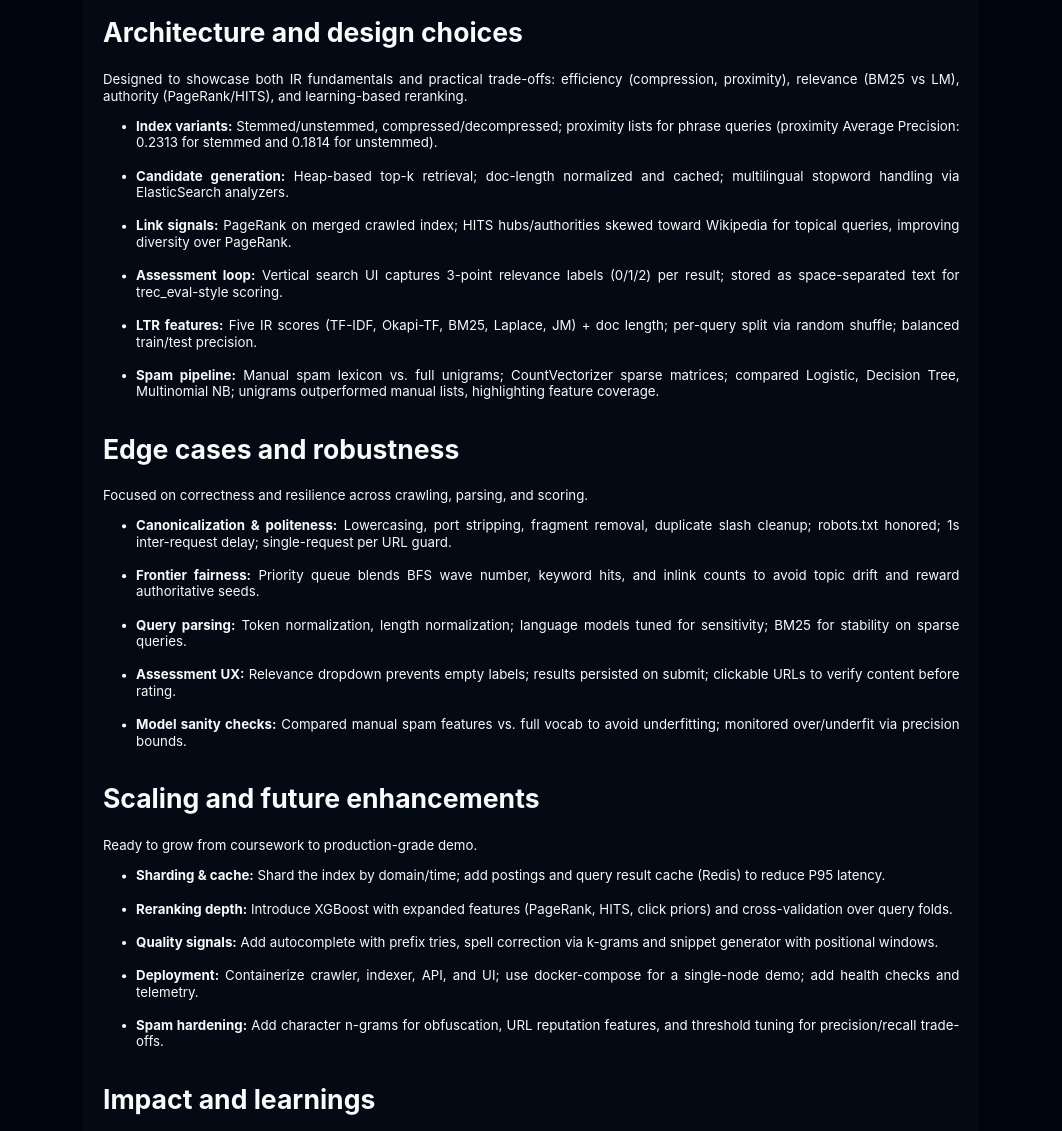
Repository: Abdulaziz-04/Abdulaziz-04.github.io
Page: deepdives/backend_systems/search_engine/search_engine.html
These files come from the project's save history. The page is drawn as it stood at one moment and after the next save; the edit follows.
The browser window is 1280 px wide. The pictures show the part of the page from y = 5137 to 6500 px (the page is 6803 px tall before and 6302 px after), at 83% of full size.
A picture or video elsewhere on the page could not be fetched, so the positions and the page height are approximate.

Above is the page before, as saved 2025-11-21 21:05:47.

### deepdives/backend_systems/search_engine/search_engine.html
<!DOCTYPE html>
<html lang="en">
  <head>
    <meta charset="UTF-8" />
    <meta name="viewport" content="width=device-width, initial-scale=1" />
    <title>Full-Stack Search Engine: Crawl, Index, Rank, and Rerank</title>
    <link rel="stylesheet" href="../../../assets/css/styles.css" />
  </head>

  <body class="project-detail-page">
    <header class="detail-hero">
      <a class="category-back" href="../../../projects/backend_systems.html">
        &larr; Back to Projects
      </a>

      <p
        class="category-pill"
        onclick="window.location.href='../../../projects/backend_systems.html'"
      >
        Backend &amp; Distributed Logic
      </p>
      <br />

      <h1>Full-Stack Search Engine: Crawl, Index, Rank, and Rerank</h1>

      <p class="detail-summary">
        <b>
          Built an end-to-end search engine over a nuclear-safety corpus: custom
          crawler, compressed inverted indexes, classic IR ranking
          (TF-IDF/BM25/LM), graph algorithms (PageRank/HITS), vertical search UI
          with manual assessments, learning-to-rank, and ML-powered spam
          filtering.
        </b>
      </p>

      <p class="detail-summary">
        Part of CS 6200 Information Retrieval course at Northeastern: starting
        with baseline ranking, adding compression and proximity search, building
        a focused crawler, applying link analysis, running a vertical search
        assessment interface, experimenting with learning-to-rank, and closing
        with ML-based spam classification.
      </p>

      <ul class="detail-meta">
        <li>
          <strong>Tech Stack:</strong>
          Python, ElasticSearch, NumPy, scikit-learn, pandas, BeautifulSoup,
          multi-threading, custom inverted index storage
        </li>
      </ul>
    </header>

    <main class="section detail-content">
      <!-- HERO IMAGE -->
      <section class="detail-section detail-hero-gif">
        <figure class="gallery-item gallery-item--wide" style="max-width: none">
          <img
            src="./images/high_level.svg"
            alt="System architecture: crawler → indexer → ranker → reranker → UI"
            style="
              display: block;
              margin: 0 auto;
              width: 100%;
              max-width: 100%;
              height: auto;
            "
          />
          <figcaption style="text-align: center">
            High-level System Architecture
          </figcaption>
        </figure>
      </section>

      <!-- QUICK INSIGHTS -->
      <section class="detail-section">
        <h2>Quick insights</h2>
        <ul class="psr-list">
          <li>
            <strong>Goal:</strong>
            Build a demonstrable, end-to-end search stack covering crawling,
            indexing, ranking, evaluation, and ML reranking.
          </li>
          <br />
          <li>
            <strong>A1 – Baseline Ranking:</strong> Implemented TF-IDF,
            Okapi-TF, BM25, and two Language Models (Laplace, Jelinek-Mercer) on
            a stemmed corpus from scratch. <br /><br />
            <b>Key metric:</b> BM25 Mean Average Precision ≈ <b>0.31</b> based
            on trec_eval.
          </li>
          <br />
          <li>
            <strong>A2 – Index Compression &amp; Proximity:</strong> Built
            compressed inverted indexes and positional lists to enable
            phrase/proximity search. <br /><br />
            <b>Key metric:</b> Compressed index size <b>67.4&nbsp;MB</b> (down
            from 187&nbsp;MB).
          </li>
          <br />
          <li>
            <strong>A3 – Focused Crawler:</strong> Multi-threaded Priority-queue
            frontier expanding based on BFS algorithm, keyword hits, and inlink
            counts with full canonicalization and politeness. <br /><br />
            <b>Key metric:</b>
            The topic of crawling was Nuclear accidents covering different
            incidents such as Hiroshima-Nagasaki, Three-mile island, Kshytm
            disaster.
            <br />
            Collected over 160,000 documents with robots.txt compliance and a
            1-second inter-request delay.
          </li>
          <br />
          <li>
            <strong>A4 – Link Analysis:</strong> Computed PageRank and HITS over
            the custom crawled dataset to add authority/hub signals for
            reranking and getting better search results. <br />
            <br />
            <b>Key metric:</b> Convergence verified via
            <b>Shannon-entropy</b> stabilization across iterations.
          </li>
          <br />
          <li>
            <strong>A5 – Vertical Search UI &amp; Labels:</strong> Built an
            assessment interface for nuclear event queries with 3-point
            relevance judgments (0/1/2). <br />
            <br />
            <b>Key metric:</b> Collected <b>graded labels</b> enabling
            trec_eval-style scoring and LTR training.
          </li>
          <br />
          <li>
            <strong>A6 – Learning-to-Rank:</strong> Trained on features from
            five IR models plus document length; evaluated on held-out queries.
            <br />
            <br />
            <b>Key metric:</b> Best test precision <b>0.414</b>.
          </li>
          <br />
          <li>
            <strong>A7 – Spam Classification:</strong> Compared manual lexicon
            features vs full unigrams using Logistic Regression, Decision Tree,
            and Multinomial NB. <br />
            <br />
            <b>Key metric:</b> Highest <b>ROC-AUC</b> with Logistic Regression
            on <b>unigrams</b>.
          </li>
        </ul>
      </section>
      <!-- SYSTEM OVERVIEW (Merged + De-duplicated) -->
      <section class="detail-section detail-overview">
        <h2>System overview</h2>
        <p>
          The system is a full retrieval pipeline built across seven assignments
          starting with traditional ranking models, adding indexing and
          proximity search, introducing a focused crawler with link analysis,
          finishing with a vertical search interface, learning-to-rank, and spam
          filtering. This section consolidates both the system architecture and
          the design choices behind each stage, structured cleanly across its
          five major components.
        </p>

        <!-- CRAWLER -->
        <h3>Crawler</h3>
        <figure class="gallery-item gallery-item--wide">
          <img src="./images/crawler.svg" alt="Focused crawler architecture" />
        </figure>
        <ul>
          <li>
            Priority-queue frontier combining BFS waves, keyword hits, and
            inlink counts to balance topical breadth with authoritative seeds.
          </li>
          <br />
          <li>
            HTML parsing and canonicalization (lowercasing, fragment/port
            stripping, path cleanup) to unify duplicate URLs.
          </li>
          <br />
          <li>
            Politeness handling via robots.txt, 1-second delays, and per-host
            guards.
          </li>
          <br />
          <li>
            Outputs include raw documents, outgoing links, and link graph
            signals used later by PageRank and HITS.
          </li>
        </ul>

        <!-- INDEXER -->
        <h3>Indexer</h3>
        <figure class="gallery-item gallery-item--wide">
          <img
            src="./images/indexer.svg"
            alt="Indexer architecture with standard and positional indexes"
          />
        </figure>
        <ul>
          <li>
            Two indexing strategies: a standard inverted index for
            BM25/TF-IDF/LM and a positional index for phrase and proximity
            search. I tried stemmed indices and unstemmed indices as well.
          </li>
          <br />
          <li>
            Preprocessing pipeline: tokenization, stopword removal, stemming,
            and term statistics for scoring models.
          </li>
          <br />
          <li>
            Compression via delta-encoding + variable-byte reduced stemmed index
            size to about 67.4 MB (from 187 MB).
          </li>
          <br />
          <li>
            Positional data enabled proximity-based ranking boosts used in the
            second-stage retrieval experiments.
          </li>
        </ul>

        <!-- RANKER -->
        <h3>Ranker</h3>
        <figure class="gallery-item gallery-item--wide">
          <img
            src="./images/ranker.svg"
            alt="Ranking stage including BM25, LM, proximity, PageRank/HITS"
          />
        </figure>
        <ul>
          <li>
            First-pass retrieval using BM25, TF-IDF, Okapi TF, and two language
            models (Laplace and Jelinek–Mercer).
          </li>
          <br />
          <li>
            BM25 produced the strongest classical baseline (MAP around 0.31 on
            the stemmed corpus).
          </li>
          <br />
          <li>
            Link analysis (PageRank and HITS) computed on the crawl graph;
            authority/hub signals improved diversity on topical queries.
          </li>
          <br />
          <li>
            Output: top-k candidates enriched with IR scores, link signals,
            document lengths, and optional proximity features.
          </li>
        </ul>

        <!-- RERANKER -->
        <h3>Reranker</h3>
        <figure class="gallery-item gallery-item--wide">
          <img
            src="./images/reranker.svg"
            alt="Learning-to-rank and spam filtering architecture"
          />
        </figure>
        <ul>
          <li>
            Learning-to-rank experiments used combined IR features (BM25,
            TF-IDF, LM scores), link features (PageRank/HITS), and document
            length.
          </li>
          <br />
          <li>
            Best precision reached ≈0.414 on held-out queries after tuning and
            evaluation through the vertical search judgments.
          </li>
          <br />
          <li>
            Spam filtering with unigrams and heuristics compared Logistic
            Regression, Decision Trees, and Multinomial NB. Logistic Regression
            with full unigrams achieved the strongest ROC-AUC.
          </li>
        </ul>

        <!-- SEARCH UI -->
        <h3>Search engine UI</h3>
        <figure class="gallery-item gallery-item--wide">
          <img
            src="./images/ui.svg"
            alt="Search UI for nuclear-accident retrieval"
          />
        </figure>
        <ul>
          <li>
            Vertical search interface allowed labeling results on a 0/1/2
            relevance scale where 0 is the most relevant, feeding a
            trec_eval-like loop for Mean Average Precision (MAP), Precision@K,
            and nDCG (Normalized Discounted Cumulative Gain) analysis.
          </li>
          <br />
          <li>
            Snippets displayed BM25 scores, titles, and highlighted query terms
            to support manual assessments.
          </li>
          <br />
          <li>
            Labeled data powered the learning-to-rank stage, serving as the
            bridge between classical retrieval and machine-learning reranking.
          </li>
        </ul>
      </section>

      <!-- RESPONSE EXAMPLES GALLERY -->
      <section class="detail-section detail-gallery">
        <h2>Sample outputs</h2>
        <div class="gallery-row gallery-row--two">
          <figure class="gallery-item">
            <a href="./images/search-results-placeholder.png" target="_blank">
              <img
                src="./images/search-results-placeholder.png"
                alt="Search results list with highlights and BM25 scores"
              />
            </a>
            <figcaption>
              BM25-ranked results with snippet highlights and scores.
            </figcaption>
          </figure>

          <figure class="gallery-item">
            <a href="./images/index-stats-placeholder.png" target="_blank">
              <img
                src="./images/index-stats-placeholder.png"
                alt="Index size comparison: compressed vs decompressed"
              />
            </a>
            <figcaption>
              Index size and proximity index metrics (67.4 MB compressed vs. 187
              MB decompressed stemmed).
            </figcaption>
          </figure>
        </div>

        <div class="gallery-row gallery-row--two">
          <figure class="gallery-item">
            <a href="./images/ltr-placeholder.png" target="_blank">
              <img
                src="./images/ltr-placeholder.png"
                alt="Learning-to-rank precision chart"
              />
            </a>
            <figcaption>
              Learning-to-rank precision curve; best test precision 0.414.
            </figcaption>
          </figure>

          <figure class="gallery-item">
            <a href="./images/spam-roc-placeholder.png" target="_blank">
              <img
                src="./images/spam-roc-placeholder.png"
                alt="ROC curve for spam classifier"
              />
            </a>
            <figcaption>
              Spam classifier ROC-AUC: Logistic with full unigrams leads.
            </figcaption>
          </figure>
        </div>
      </section>

      <!-- ARCHITECTURE & DESIGN -->
      <section class="detail-section">
        <h2>Architecture and design choices</h2>
        <p>
          Designed to showcase both IR fundamentals and practical trade-offs:
          efficiency (compression, proximity), relevance (BM25 vs LM), authority
          (PageRank/HITS), and learning-based reranking.
        </p>

        <ul>
          <li>
            <b>Index variants:</b>
            Stemmed/unstemmed, compressed/decompressed; proximity lists for
            phrase queries (proximity Average Precision: 0.2313 for stemmed and
            0.1814 for unstemmed).
          </li>
          <br />
          <li>
            <b>Candidate generation:</b>
            Heap-based top-k retrieval; doc-length normalized and cached;
            multilingual stopword handling via ElasticSearch analyzers.
          </li>
          <br />
          <li>
            <b>Link signals:</b>
            PageRank on merged crawled index; HITS hubs/authorities skewed
            toward Wikipedia for topical queries, improving diversity over
            PageRank.
          </li>
          <br />
          <li>
            <b>Assessment loop:</b>
            Vertical search UI captures 3-point relevance labels (0/1/2) per
            result; stored as space-separated text for trec_eval-style scoring.
          </li>
          <br />
          <li>
            <b>LTR features:</b>
            Five IR scores (TF-IDF, Okapi-TF, BM25, Laplace, JM) + doc length;
            per-query split via random shuffle; balanced train/test precision.
          </li>
          <br />
          <li>
            <b>Spam pipeline:</b>
            Manual spam lexicon vs. full unigrams; CountVectorizer sparse
            matrices; compared Logistic, Decision Tree, Multinomial NB; unigrams
            outperformed manual lists, highlighting feature coverage.
          </li>
        </ul>
      </section>

      <!-- EDGE CASES & ROBUSTNESS -->
      <section class="detail-section">
        <h2>Edge cases and robustness</h2>
        <p>
          Focused on correctness and resilience across crawling, parsing, and
          scoring.
        </p>

        <ul>
          <li>
            <b>Canonicalization &amp; politeness:</b>
            Lowercasing, port stripping, fragment removal, duplicate slash
            cleanup; robots.txt honored; 1s inter-request delay; single-request
            per URL guard.
          </li>
          <br />
          <li>
            <b>Frontier fairness:</b>
            Priority queue blends BFS wave number, keyword hits, and inlink
            counts to avoid topic drift and reward authoritative seeds.
          </li>
          <br />
          <li>
            <b>Query parsing:</b>
            Token normalization, length normalization; language models tuned for
            sensitivity; BM25 for stability on sparse queries.
          </li>
          <br />
          <li>
            <b>Assessment UX:</b>
            Relevance dropdown prevents empty labels; results persisted on
            submit; clickable URLs to verify content before rating.
          </li>
          <br />
          <li>
            <b>Model sanity checks:</b>
            Compared manual spam features vs. full vocab to avoid underfitting;
            monitored over/underfit via precision bounds.
          </li>
        </ul>
      </section>

      <!-- SCALING & FUTURE ENHANCEMENTS -->
      <section class="detail-section">
        <h2>Scaling and future enhancements</h2>
        <p>Ready to grow from coursework to production-grade demo.</p>

        <ul>
          <li>
            <b>Sharding &amp; cache:</b>
            Shard the index by domain/time; add postings and query result cache
            (Redis) to reduce P95 latency.
          </li>
          <br />
          <li>
            <b>Reranking depth:</b>
            Introduce XGBoost with expanded features (PageRank, HITS, click
            priors) and cross-validation over query folds.
          </li>
          <br />
          <li>
            <b>Quality signals:</b>
            Add autocomplete with prefix tries, spell correction via k-grams and
            snippet generator with positional windows.
          </li>
          <br />
          <li>
            <b>Deployment:</b>
            Containerize crawler, indexer, API, and UI; use docker-compose for a
            single-node demo; add health checks and telemetry.
          </li>
          <br />
          <li>
            <b>Spam hardening:</b>
            Add character n-grams for obfuscation, URL reputation features, and
            threshold tuning for precision/recall trade-offs.
          </li>
        </ul>
      </section>

      <!-- IMPACT & LEARNINGS -->
      <section class="detail-section detail-impact">
        <h2>Impact and learnings</h2>
        <ul>
          <li>
            <b>IR depth:</b>
            Got the opportunity to design ElasticSearch from scratch and
            hands-on with classic retrieval models, proximity, compression, and
            graph algorithms, understanding when BM25 beats LMs and how link
            signals diversify results.
          </li>
          <br />
          <li>
            <b>Evaluation mindset:</b>
            Built a full relevance loop: manual labels, trec_eval metrics,
            precision tracking, and feature-driven LTR gains.
          </li>
          <br />
          <li>
            <b>ML integration:</b>
            Combined sparse text features with traditional IR scores; compared
            manual heuristics vs. data-driven vocabularies for spam detection.
          </li>
          <br />
          <li>
            <b>Systems thinking:</b>
            From crawling politeness to storage trade-offs, every stage is
            modular and independently testable for clearer scaling paths.
          </li>
        </ul>
      </section>
    </main>
  </body>
</html>

Loaded but not shown: assets/css/styles.css (941 lines, source omitted)

After the next save:
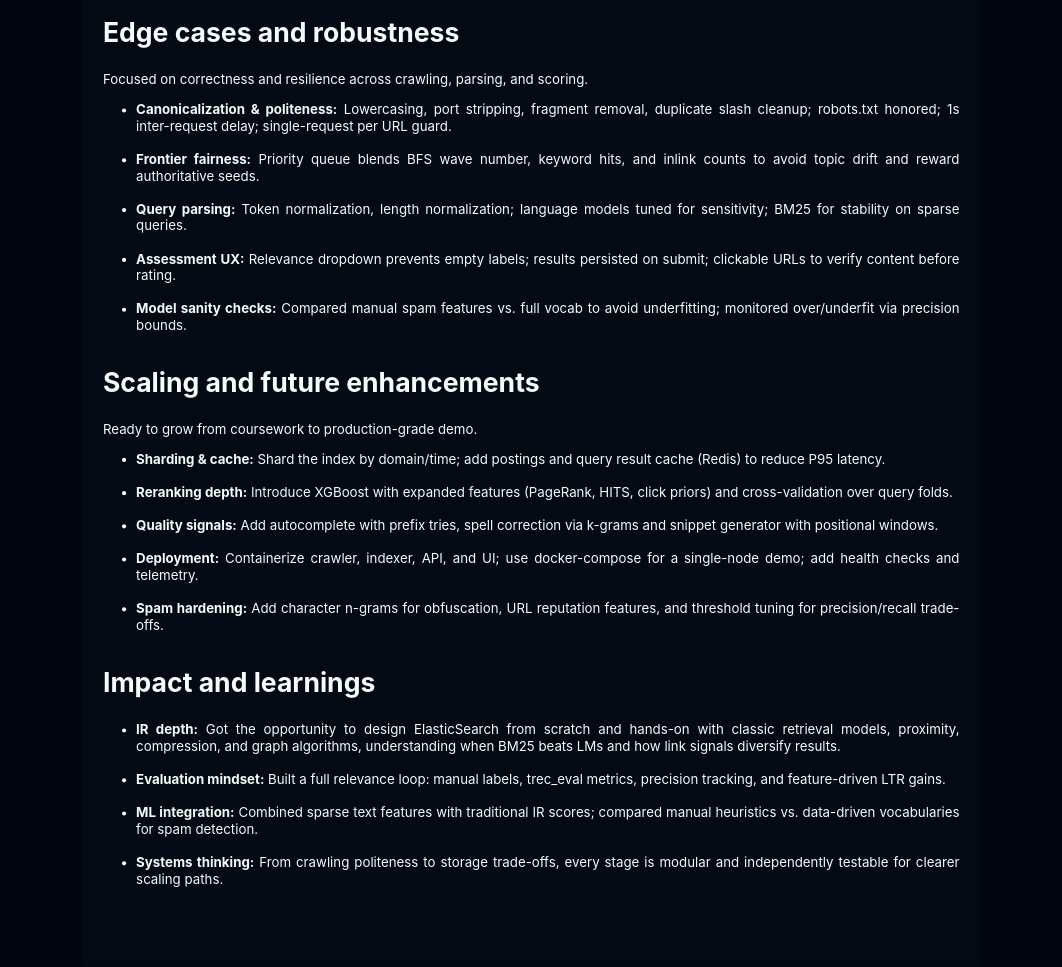
Saved 3 min 22 s later.
--- a/deepdives/backend_systems/search_engine/search_engine.html
+++ b/deepdives/backend_systems/search_engine/search_engine.html
@@ -359,57 +359,6 @@
         </div>
       </section>
 
-      <!-- ARCHITECTURE & DESIGN -->
-      <section class="detail-section">
-        <h2>Architecture and design choices</h2>
-        <p>
-          Designed to showcase both IR fundamentals and practical trade-offs:
-          efficiency (compression, proximity), relevance (BM25 vs LM), authority
-          (PageRank/HITS), and learning-based reranking.
-        </p>
-
-        <ul>
-          <li>
-            <b>Index variants:</b>
-            Stemmed/unstemmed, compressed/decompressed; proximity lists for
-            phrase queries (proximity Average Precision: 0.2313 for stemmed and
-            0.1814 for unstemmed).
-          </li>
-          <br />
-          <li>
-            <b>Candidate generation:</b>
-            Heap-based top-k retrieval; doc-length normalized and cached;
-            multilingual stopword handling via ElasticSearch analyzers.
-          </li>
-          <br />
-          <li>
-            <b>Link signals:</b>
-            PageRank on merged crawled index; HITS hubs/authorities skewed
-            toward Wikipedia for topical queries, improving diversity over
-            PageRank.
-          </li>
-          <br />
-          <li>
-            <b>Assessment loop:</b>
-            Vertical search UI captures 3-point relevance labels (0/1/2) per
-            result; stored as space-separated text for trec_eval-style scoring.
-          </li>
-          <br />
-          <li>
-            <b>LTR features:</b>
-            Five IR scores (TF-IDF, Okapi-TF, BM25, Laplace, JM) + doc length;
-            per-query split via random shuffle; balanced train/test precision.
-          </li>
-          <br />
-          <li>
-            <b>Spam pipeline:</b>
-            Manual spam lexicon vs. full unigrams; CountVectorizer sparse
-            matrices; compared Logistic, Decision Tree, Multinomial NB; unigrams
-            outperformed manual lists, highlighting feature coverage.
-          </li>
-        </ul>
-      </section>
-
       <!-- EDGE CASES & ROBUSTNESS -->
       <section class="detail-section">
         <h2>Edge cases and robustness</h2>
